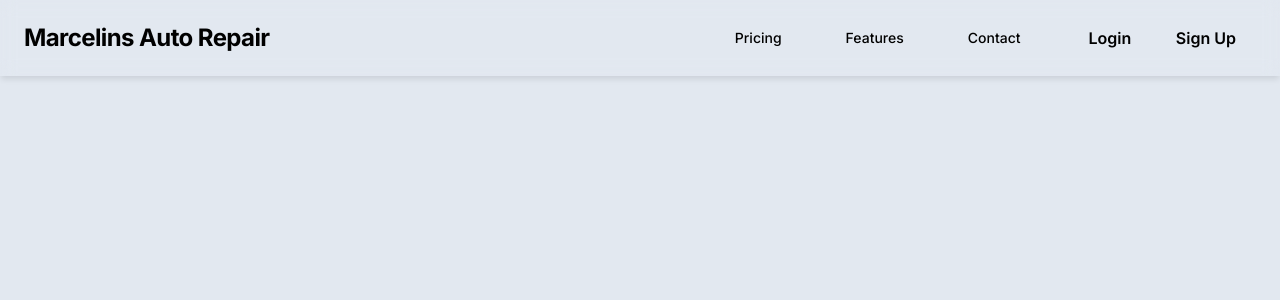
Repository: ilovegames507/twebsite-2
Page: frontend/public/index.html
An editor plug-in stored every save of this project. The page is shown before and after the next save, followed by the edit.
The browser window is 1280 px wide. The pictures show the whole page.

Above is the page before, as saved 2025-03-17 20:01:04.

### frontend/public/index.html
<!DOCTYPE html>
<html lang="en">
  <head>
    <head>
      <meta charset="UTF-8" />
      <meta name="viewport" content="width=device-width, initial-scale=1.0" />
      <link rel="preconnect" href="https://fonts.googleapis.com" />
      <link rel="preconnect" href="https://fonts.gstatic.com" crossorigin />
      <link
        href="https://fonts.googleapis.com/css2?family=Inter:ital,opsz,wght@0,14..32,100..900;1,14..32,100..900&family=Source+Code+Pro:ital,wght@0,200..900;1,200..900&display=swap"
        rel="stylesheet"
      />
      <link rel="stylesheet" href="styles/modern-normalize.css" />
      <link rel="stylesheet" href="styles/global.css" />
      <link rel="stylesheet" href="styles/components/header.css" />

      <link rel="stylesheet" href="styles/utils.css" />

      <link rel="icon" href="public/woofplayz-icon.png" type="image/x-icon" />
      <title>Marcelins Auto Repair</title>
    </head>
  </head>
  <body>
    <header class="header">
      <div class="header__container">
        <a href="#" class="header__title">Marcelins Auto Repair</a>

        <nav class="header__nav">
          <a class="header__link" href="#pricing">Pricing</a>
          <a class="header__link" href="#features">Features</a>
          <a class="header__link" href="#contact">Contact</a>
          <div class="header__btn-container">
            <button class="header__btn">Login</button>
            <button class="header__btn">Sign Up</button>
          </div>
        </nav>

        <button class="header__bars">
          <svg xmlns="http://www.w3.org/2000/svg" height="24px" viewBox="0 -960 960 960" width="24px"><path d="M120-240v-80h720v80H120Zm0-200v-80h720v80H120Zm0-200v-80h720v80H120Z"/></svg>
        </button>
      </div>
    </header>

    <script>
      document.querySelector('.header__bars').addEventListener('click', function() {
        document.querySelector('.header').classList.toggle('header--mobile-open');
      });
    </script>
  </body>
</html>

### frontend/public/styles/modern-normalize.css
/*! modern-normalize v3.0.1 | MIT License | https://github.com/sindresorhus/modern-normalize */

/*
Document
========
*/

/**
Use a better box model (opinionated).
*/

*,
::before,
::after {
  box-sizing: border-box;
}

html {
  /* Improve consistency of default fonts in all browsers. (https://github.com/sindresorhus/modern-normalize/issues/3) */
  font-family: system-ui, "Segoe UI", Roboto, Helvetica, Arial, sans-serif,
    "Apple Color Emoji", "Segoe UI Emoji";
  line-height: 1.15; /* 1. Correct the line height in all browsers. */
  -webkit-text-size-adjust: 100%; /* 2. Prevent adjustments of font size after orientation changes in iOS. */
  tab-size: 4; /* 3. Use a more readable tab size (opinionated). */
}

/*
Sections
========
*/

body {
  margin: 0; /* Remove the margin in all browsers. */
}

/*
Text-level semantics
====================
*/

/**
Add the correct font weight in Chrome and Safari.
*/

b,
strong {
  font-weight: bolder;
}

/**
1. Improve consistency of default fonts in all browsers. (https://github.com/sindresorhus/modern-normalize/issues/3)
2. Correct the odd 'em' font sizing in all browsers.
*/

code,
kbd,
samp,
pre {
  font-family: ui-monospace, SFMono-Regular, Consolas, "Liberation Mono", Menlo,
    monospace; /* 1 */
  font-size: 1em; /* 2 */
}

/**
Add the correct font size in all browsers.
*/

small {
  font-size: 80%;
}

/**
Prevent 'sub' and 'sup' elements from affecting the line height in all browsers.
*/

sub,
sup {
  font-size: 75%;
  line-height: 0;
  position: relative;
  vertical-align: baseline;
}

sub {
  bottom: -0.25em;
}

sup {
  top: -0.5em;
}

/*
Tabular data
============
*/

/**
Correct table border color inheritance in Chrome and Safari. (https://issues.chromium.org/issues/40615503, https://bugs.webkit.org/show_bug.cgi?id=195016)
*/

table {
  border-color: currentcolor;
}

/*
Forms
=====
*/

/**
1. Change the font styles in all browsers.
2. Remove the margin in Firefox and Safari.
*/

button,
input,
optgroup,
select,
textarea {
  font-family: inherit; /* 1 */
  font-size: 100%; /* 1 */
  line-height: 1.15; /* 1 */
  margin: 0; /* 2 */
}

/**
Correct the inability to style clickable types in iOS and Safari.
*/

button,
[type="button"],
[type="reset"],
[type="submit"] {
  appearance: button;
  -webkit-appearance: button;
}

/**
Remove the padding so developers are not caught out when they zero out 'fieldset' elements in all browsers.
*/

legend {
  padding: 0;
}

/**
Add the correct vertical alignment in Chrome and Firefox.
*/

progress {
  vertical-align: baseline;
}

/**
Correct the cursor style of increment and decrement buttons in Safari.
*/

::-webkit-inner-spin-button,
::-webkit-outer-spin-button {
  height: auto;
}

/**
1. Correct the odd appearance in Chrome and Safari.
2. Correct the outline style in Safari.
*/

[type="search"] {
  appearance: textfield;
  -webkit-appearance: textfield; /* 1 */
  outline-offset: -2px; /* 2 */
}

/**
Remove the inner padding in Chrome and Safari on macOS.
*/

::-webkit-search-decoration {
  -webkit-appearance: none;
}

/**
1. Correct the inability to style clickable types in iOS and Safari.
2. Change font properties to 'inherit' in Safari.
*/

::-webkit-file-upload-button {
  -webkit-appearance: button; /* 1 */
  font: inherit; /* 2 */
}

/*
Interactive
===========
*/

/*
Add the correct display in Chrome and Safari.
*/

summary {
  display: list-item;
}

### frontend/public/styles/global.css
:root {
  /* fonts */
  --font-primary: 'Inter', sans-serif;
  --font-secondary: 'Source Code Pro', monospace;

  /* colors */
  --clr-dark: #000000;
  --clr-light: #ffffff;


  --clr-slate50: #f8fafc;
  --clr-slate100: #f1f5f9;
  --clr-light: #e2e8f0;
  --clr-slate300: #cbd5e1;
  --clr-text: #94a3b8;
  --clr-slate800: #1e293b;
  --clr-bg: #0a101f;

  --clr-muted: #4a5566;

  /* shadow */
  --shadow: 0 4px 6px -1px rgba(0, 0, 0, 0.1);

  /* transtion */
  --transition: all 0.3s cubic-bezier(0.4, 0, 0.2, 1);

  /* sizes */
  --size-xxs: 0.5rem;
  --size-xs: 0.75rem;
  --size-sm: 0.875rem;
  --size-base: 1rem;
  --size-lg: 1.125rem;
  --size-xl: 1.25rem;
  --size-2xl: 1.5rem;
  --size-3xl: 1.875rem;
  --size-4xl: 2.25rem;
  --size-5xl: 3rem;
  --size-6xl: 3.75rem;
  --size-7xl: 4.5rem;
  --size-8xl: 6rem;
  --size-9xl: 8rem;
  --size-10xl: 10rem;
}

* {
  margin: 0;
  padding: 0;
  line-height: calc(1em + 0.5rem);
}

body {
  font-family: var(--font-primary);
  background-color: var(--clr-light);
  color: var(--clr-dark);
}

img,
picture,
video,
canvas,
svg {
  display: block;
  max-width: 100%;
}

input,
button,
textarea,
select {
  font: inherit;
}

button {
  border: none;
  background: none;
  color: inherit;
  cursor: pointer;
}

h1,
h2,
h3,
h4,
h5,
h6 {
  letter-spacing: -0.025em;
}

p {
  color: var(--clr-text);
}

a {
  color: var(--clr-slate50);
}

strong {
  color: #ff0000;
  font-weight: 800;
}

button:focus-visible,
a:focus-visible {
  outline: solid var(--clr-light);
}

body::-webkit-scrollbar {
  width: 8px;
}

body::-webkit-scrollbar-track {
  box-shadow: inset 0 0 6 px rgba(0, 0, 0, 0);
}

body::-webkit-scrollbar-thumb {
  background-color: var(--clr-slate50);
  border-radius: 1000px;
}

body::-webkit-scrollbar-thumb:hover {
  background: #555;
}

### frontend/public/styles/components/header.css
.header {
  position: sticky;
  top: 0;
  background: rgba(var(--clr-dark), 0.95);
  backdrop-filter: blur(8px);
  z-index: 50;
  box-shadow: var(--shadow);
}

.header__container {
  display: flex;
  justify-content: space-between;
  align-items: center;
  padding: 1rem 1.5rem;
  max-width: 1440px;
  margin: 0 auto;
}

.header__title {
  color: var(--clr-dark);
  font-family: var(--font-primary);
  font-size: 1.5rem;
  font-weight: 700;
  letter-spacing: -0.025em;
  text-decoration: none;
  transition: var(--transition);
}

.header__nav {
  display: flex;
  gap: 2rem;
  align-items: center;
}

.header__link {
  color: var(--clr-dark);
  font-family: var(--font-primary);
  font-size: 0.875rem;
  font-weight: 500;
  text-decoration: none;
  transition: var(--transition);
  padding: 0.5rem 1rem;
  border-radius: 0.375rem;
}

.header__link:hover {
  background: rgba(255, 255, 255, 0.1);
}

.header__btn {
  background: var(--clr-accent);
  color: var(--clr-dark);
  padding: 0.625rem 1.25rem;
  border-radius: 0.375rem;
  font-weight: 600;
  transition: var(--transition);
}

.header__btn:hover {
  background: #1d4ed8;
}

.header__bars {
  display: none;
  color: var(--clr-light);
  background: none;
  padding: 0.5rem;
  border-radius: 0.375rem;
}

@media (max-width: 825px) {
  .header__nav {
    display: none;
  }

  .header__bars {
    display: block;
  }

  .header--mobile-open .header__nav {
    display: flex;
    flex-direction: column;
    position: absolute;
    top: 100%;
    left: 0;
    right: 0;
    padding: 1rem;
    gap: 0.5rem;
  }

  .header--mobile-open .header__link {
    width: 100%;
    text-align: center;
    padding: 0.75rem;
  }

  .header--mobile-open .header__btn-container {
    display: flex;
    flex-direction: column;
    gap: 0.5rem;
    margin-top: 1rem;
  }
}

### frontend/public/styles/utils.css
/* xs */
/* @media (min-width: 475px) {} */

/* sm */
/* @media (min-width: 640px) {} */

/* md */
/* @media (min-width: 768px) {} */

/* lg */
/* @media (min-width: 1024px) {} */

/* xl */
/* @media (min-width: 1280px) {} */

/* 2xl */
/* @media (min-width: 1536px) {} */

.container {
    width: 100%;
    margin-inline: auto;
    padding-inline: 0.5rem;
  }

  .btn {
    display: inline-block;
    background-color: rgb(255, 255, 255);
    color: var(--clr-dark);
    padding: 0.5em 1em;
    font-weight: 500;
    border-radius: 6px;
    line-height: 1.75rem;
    text-decoration: none;
    transition: 0.2s ease-in-out;
  }

  .btn:hover {
    transform: translateY(2px);
    background-color: rgb(168, 168, 168);
  }

  btn:focus-visible {
    outline: solid var(--clr-text);
  }

  .section {
    margin-top: 5rem;
  }

  .title {
    text-transform: uppercase;
    margin-bottom: 1rem;
    font-family: var(--font-secondary);
    color: var(--clr-text);
    font-size: var(--size-base);
  }

  /* xs */
  @media (min-width: 475px) {
    .container {
      max-width: 475px;
    }
  }

  /* sm */
  @media (min-width: 640px) {
    .container {
      max-width: 640px;
    }

    .title {
      font-size: var(--size-sm);
    }
  }

  /* md */
  @media (min-width: 768px) {
    .container {
      max-width: 768px;
    }
  }

  /* lg */
  @media (min-width: 1024px) {
    .container {
      max-width: 1024px;
    }

    .section {
      margin-top: 10rem;
    }

    .title {
      font-size: var(--size-base);
    }
  }

  /* xl */
  @media (min-width: 1280px) {
    .container {
      max-width: 1280px;
    }
  }

  /* 2xl */
  @media (min-width: 1536px) {
    .container {
      max-width: 1536px;
    }
  }

After the next save:
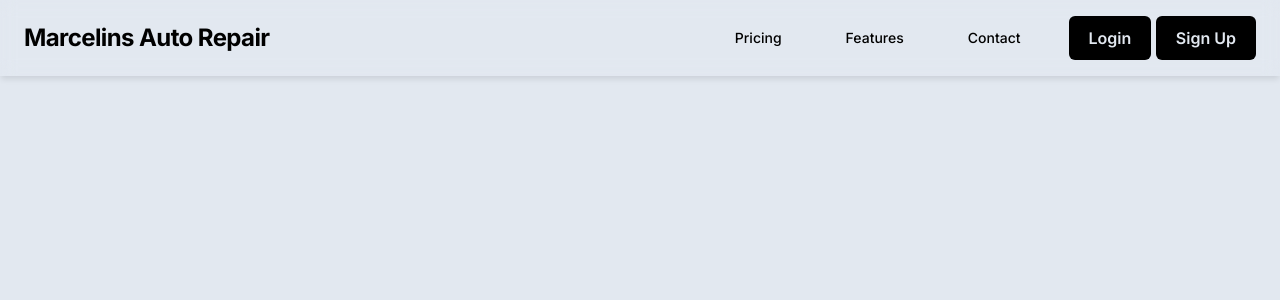
Saved 42 s later.
--- a/frontend/public/styles/components/header.css
+++ b/frontend/public/styles/components/header.css
@@ -49,7 +49,8 @@
 
 .header__btn {
   background: var(--clr-accent);
-  color: var(--clr-dark);
+  color: var(--clr-light);
+  background: var(--clr-dark);
   padding: 0.625rem 1.25rem;
   border-radius: 0.375rem;
   font-weight: 600;
